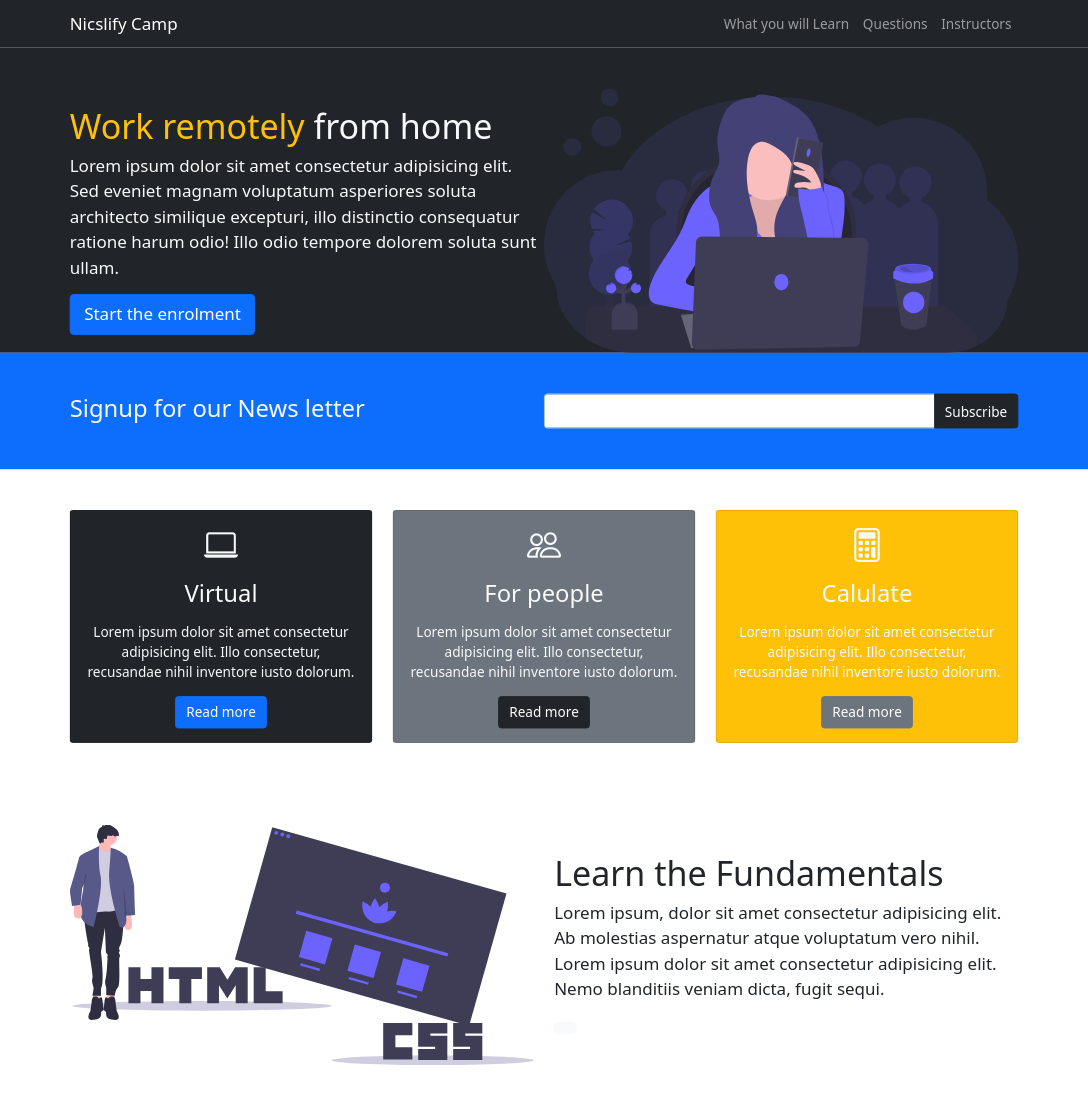
Repository: Eugene44-hub/enrollment-site
Page: index.html
An editor plug-in stored every save of this project. The page is shown before and after a run of saves, followed by the edit.
The browser window is 1280 px wide. The pictures show the whole page, at 85% of full size.
Some icons come from a web library that is not loaded, so they are not drawn. Some web libraries are served in a nearby version.

Above is the page before, as saved 2021-10-20 11:05:28.

### index.html
<!DOCTYPE html>
<html lang="en">

<head>
    <meta charset="UTF-8">
    <meta http-equiv="X-UA-Compatible" content="IE=edge">
    <meta name="viewport" content="width=device-width, initial-scale=1.0">
    <!-- CSS only -->
    <link href="https://cdn.jsdelivr.net/npm/bootstrap@5.1.3/dist/css/bootstrap.min.css" rel="stylesheet" integrity="sha384-1BmE4kWBq78iYhFldvKuhfTAU6auU8tT94WrHftjDbrCEXSU1oBoqyl2QvZ6jIW3" crossorigin="anonymous">
    <link rel="stylesheet" href="https://cdn.jsdelivr.net/npm/bootstrap-icons@1.6.1/font/bootstrap-icons.css">
    <link rel="stylesheet" href="style.css">
    <title>Bootstrap webpage</title>
</head>

<body>
    <!-- nav bar starts -->
    <nav class="navbar navbar-expand-md bg-dark navbar-dark">
        <div class="container">
            <a href="" class="navbar-brand">Nicslify Camp</a>

            <button class="navbar-toggler" type="button" data-bs-toggle='collapse' data-bs-target="#navmenu">
              <span class="navbar-toggler-icon"></span>
            </button>

            <div class="collapse navbar-collapse" id="navmenu">
                <ul class="navbar-nav ms-auto text-center text-sm-start">
                    <li class="nav-item">
                        <a href="#" class="nav-link">What you will Learn</a>
                    </li>
                    <li class="nav-item">
                        <a href="#" class="nav-link">Questions</a>
                    </li>
                    <li class="nav-item">
                        <a href="#" class="nav-link">Instructors</a>
                    </li>
                </ul>
            </div>
        </div>
    </nav>
    <!-- nav bar ends -->


    <!-- showCase starts -->
    <section class="bg-dark text-light text-center text-sm-start p-lg-0 pt-5 pb-5">
        <div class="container">
            <div class="d-md-flex pt-5 align-items-center">
                <div class="">
                    <div class="h1 "><span class="text-warning">Work remotely</span> from home</div>
                    <p class="lead">Lorem ipsum dolor sit amet consectetur adipisicing elit. Sed eveniet magnam voluptatum asperiores soluta architecto similique excepturi, illo distinctio consequatur ratione harum odio! Illo odio tempore dolorem soluta sunt ullam.</p>
                    <button class="btn btn-primary btn-lg ">Start the enrolment</button>
                </div>
                <img src="undraw_working_remotely_jh40.svg" class="img-fluid w-50 d-none d-md-block" alt="">
            </div>
        </div>
    </section>
    <!-- showCase ends -->

    <!-- signup starts -->
    <section class="bg-primary text-light p-5">
        <div class="container">
            <div class="d-md-flex justify-content-between">
                <p class="h3">Signup for our News letter</p>
                <div class="input-group" id="input-field">
                    <input type="text" class="form-control">
                    <button type="button" class="btn btn-dark">Subscribe</button>
                </div>
            </div>
        </div>
    </section>
    <!-- signup ends -->

    <!-- boxes starts -->
    <section class="my-5">
        <div class="container">
            <div class="row g-4">
                <div class="col-md">
                    <div class="card bg-dark text-center text-light ">
                        <div class="card-body">
                            <div class="h1 mb-3"><i class="bi bi-laptop"></i></div>
                            <div class="card-title h3 mb-3">Virtual</div>
                            <div class="card-text">
                                Lorem ipsum dolor sit amet consectetur adipisicing elit. Illo consectetur, recusandae nihil inventore iusto dolorum.
                            </div>
                            <a href="" class="btn btn-primary mt-3">Read more</a>
                        </div>
                    </div>


                </div>
                <div class="col-md">
                    <div class="card bg-secondary text-center text-light ">
                        <div class="card-body">
                            <div class="h1 mb-3"><i class="bi bi-people"></i></div>
                            <div class="card-title h3 mb-3">For people</div>
                            <div class="card-text">
                                Lorem ipsum dolor sit amet consectetur adipisicing elit. Illo consectetur, recusandae nihil inventore iusto dolorum.
                            </div>
                            <a href="" class="btn btn-dark mt-3">Read more</a>
                        </div>
                    </div>
                </div>
                <div class="col-md">
                    <div class="card bg-warning text-center text-light ">
                        <div class="card-body">
                            <div class="h1 mb-3"><i class="bi bi-calculator"></i></div>
                            <div class="card-title h3 mb-3">Calulate</div>
                            <div class="card-text">
                                Lorem ipsum dolor sit amet consectetur adipisicing elit. Illo consectetur, recusandae nihil inventore iusto dolorum.
                            </div>
                            <a href="" class="btn btn-secondary mt-3">Read more</a>
                        </div>
                    </div>
                </div>
            </div>
        </div>
    </section>
    <!-- boxes starts -->

    <!-- learn section starts -->
    <section class="p-5  ">
        <div class="container">
            <div class="row align-items-center">

                <div class="col-md m-auto">
                    <img src=" frontend.svg " class="img-fluid">
                </div>



                <div class="col-md mt-5 mt-md-0 ">
                    <h1>Learn the Fundamentals</h1>
                    <p class="lead ">
                        Lorem ipsum, dolor sit amet consectetur adipisicing elit. Ab molestias aspernatur atque voluptatum vero nihil. <br> Lorem ipsum dolor sit amet consectetur adipisicing elit. Nemo blanditiis veniam dicta, fugit sequi.
                    </p>
                    <button class="btn btn-light"><i class="bi bi-chevton-right"></i></button>
                </div>
            </div>
        </div>
    </section>
    <!-- learn section ends -->
</body>
<!-- JavaScript Bundle with Popper -->
<script src="https://cdn.jsdelivr.net/npm/bootstrap@5.1.3/dist/js/bootstrap.bundle.min.js " integrity="sha384-ka7Sk0Gln4gmtz2MlQnikT1wXgYsOg+OMhuP+IlRH9sENBO0LRn5q+8nbTov4+1p " crossorigin="anonymous "></script>

</html>

### style.css
@media screen and (min-width:768px) {
    #input-field {
        width: 50%;
    }
}

After the next 2 saves:
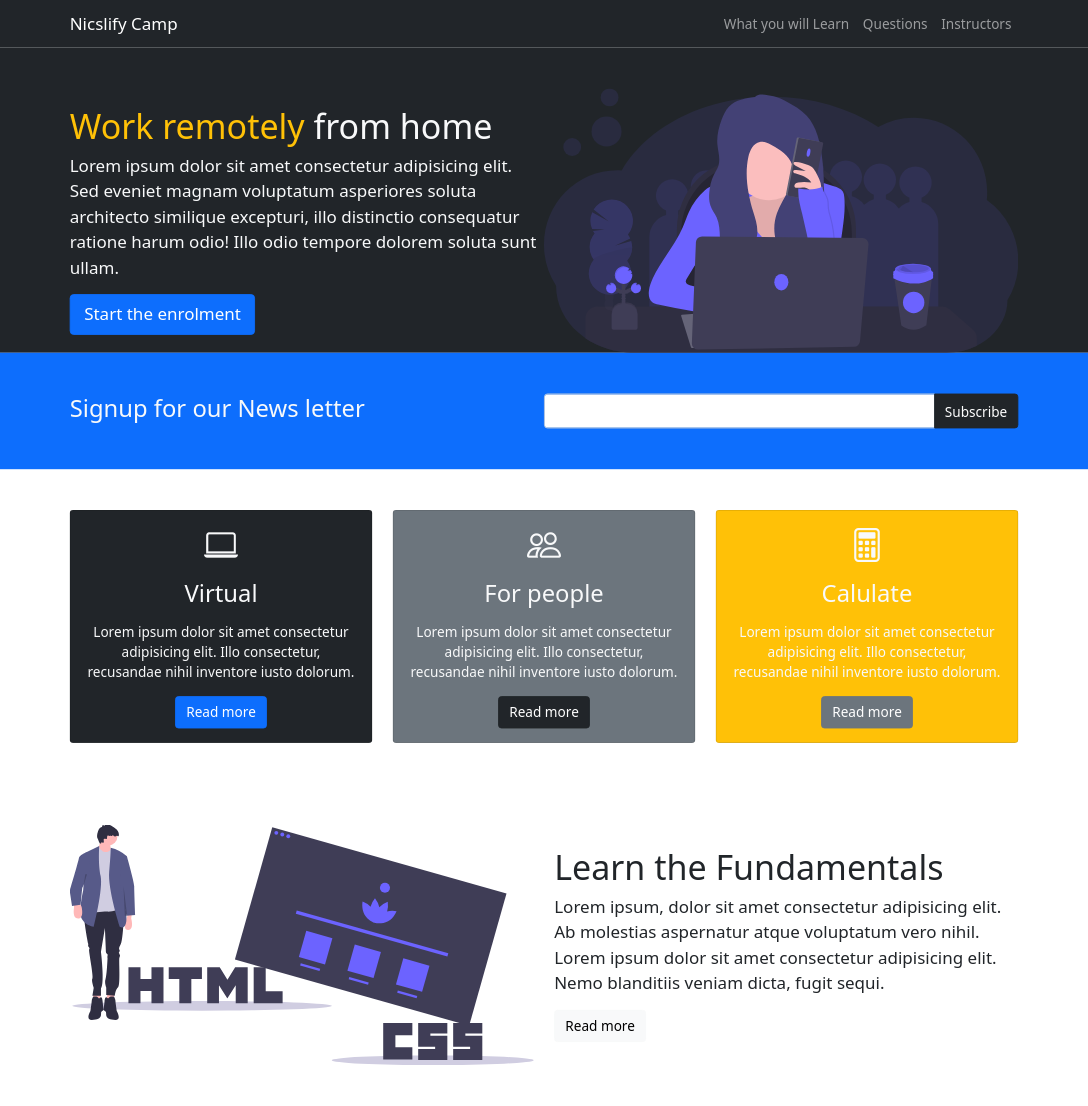
The 2 saves are shown as one change because they came seconds apart.
The last was saved 19 s later.
--- a/index.html
+++ b/index.html
@@ -132,7 +132,7 @@
                     <p class="lead ">
                         Lorem ipsum, dolor sit amet consectetur adipisicing elit. Ab molestias aspernatur atque voluptatum vero nihil. <br> Lorem ipsum dolor sit amet consectetur adipisicing elit. Nemo blanditiis veniam dicta, fugit sequi.
                     </p>
-                    <button class="btn btn-light"><i class="bi bi-chevton-right"></i></button>
+                    <button class="btn btn-light"><i class="bi bi-chevton-right"></i> Read more</button>
                 </div>
             </div>
         </div>
